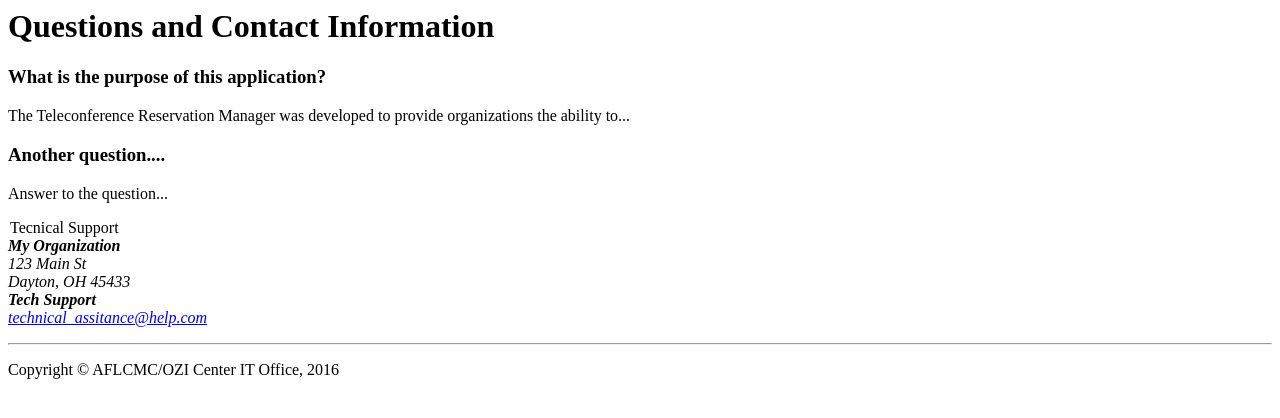
Repository: roseberrytim/Teleconference-Manager
Page: src/app/help/help.html
The author's editor kept a record of every edit. The page is drawn from the files as they stood at one moment, then again after the next edit.
The browser window is 1280 px wide. The pictures show the whole page.

Above is the page before.

After the next edit:
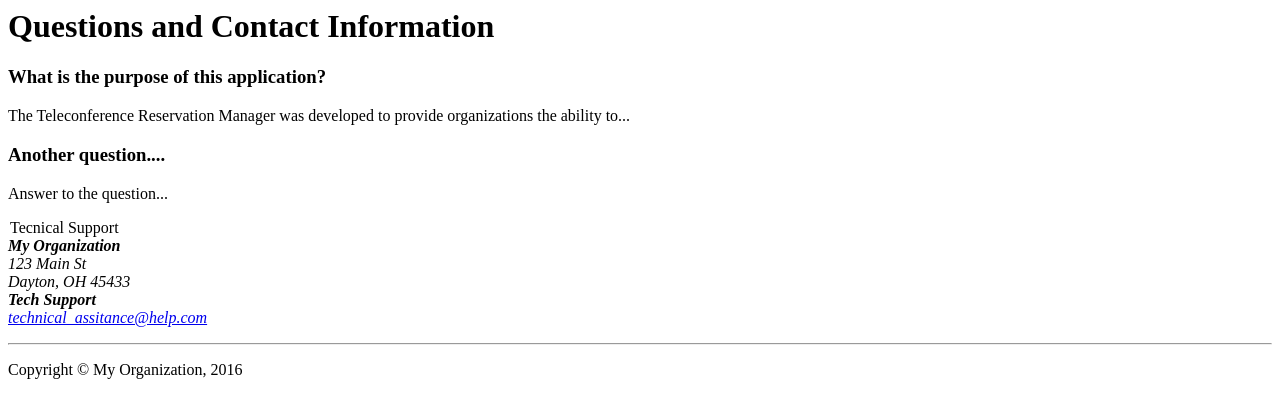
The edit:
--- a/src/app/help/help.html
+++ b/src/app/help/help.html
@@ -36,7 +36,7 @@
 	<footer>
 		<div class="row">
 			<div class="col-lg-12">
-				<p>Copyright &copy; AFLCMC/OZI Center IT Office, 2016</p>
+				<p>Copyright &copy; My Organization, 2016</p>
 			</div>
 		</div>
 	</footer>
